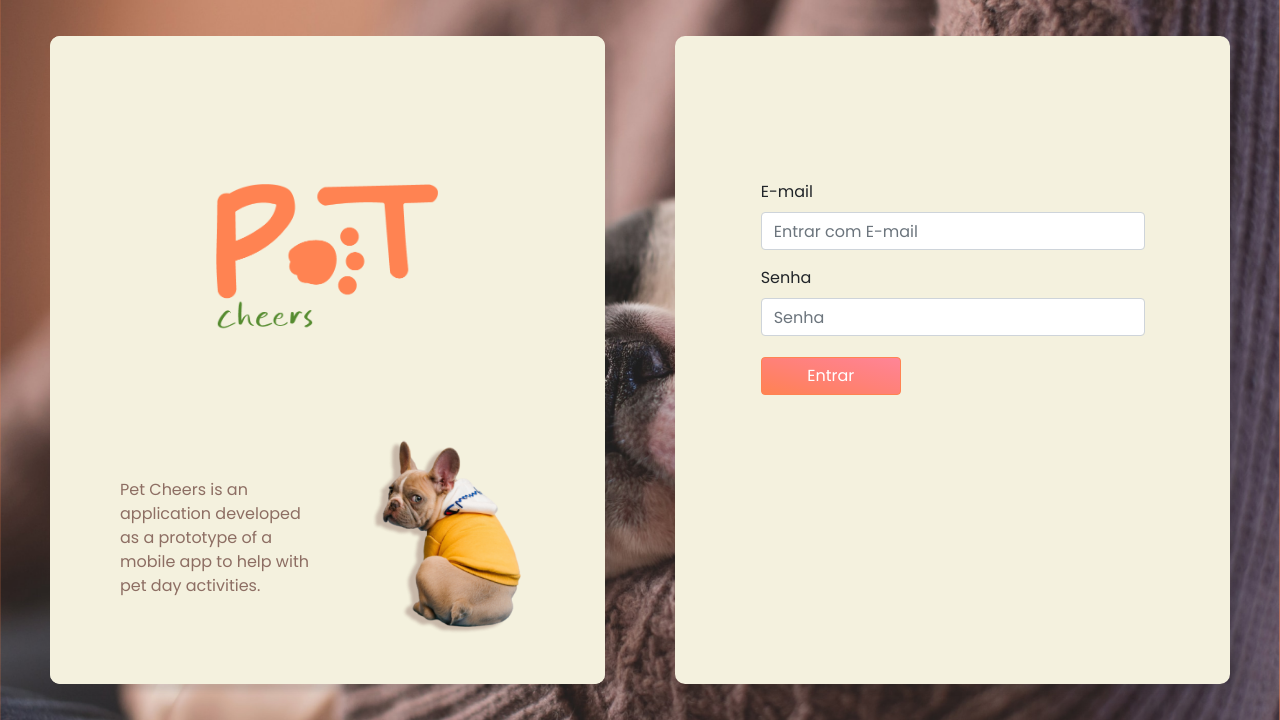
Repository: MilenaMelo/WebSite-PetCheers
Page: /
An editor plug-in stored every save of this project. The page is shown before and after the next save, followed by the edit.
The browser window is 1280 px wide. The pictures show the whole page.
The project was rebuilt for these pictures with package versions that can differ from the ones it lists, and the page was loaded fresh each time. Also part of the build but not shown: src/components/layout/LayoutLogout.vue, src/components/layout/LayoutDatas.vue, src/components/layout/LayoutNewData.vue. Imported but missing from the stored project, and not drawn on this page: src/pages/data/Data.vue.

Above is the page before, as saved 2020-09-08 15:38:21.
Console error: TypeError: Cannot read properties of null (reading 'style')

After the next save:
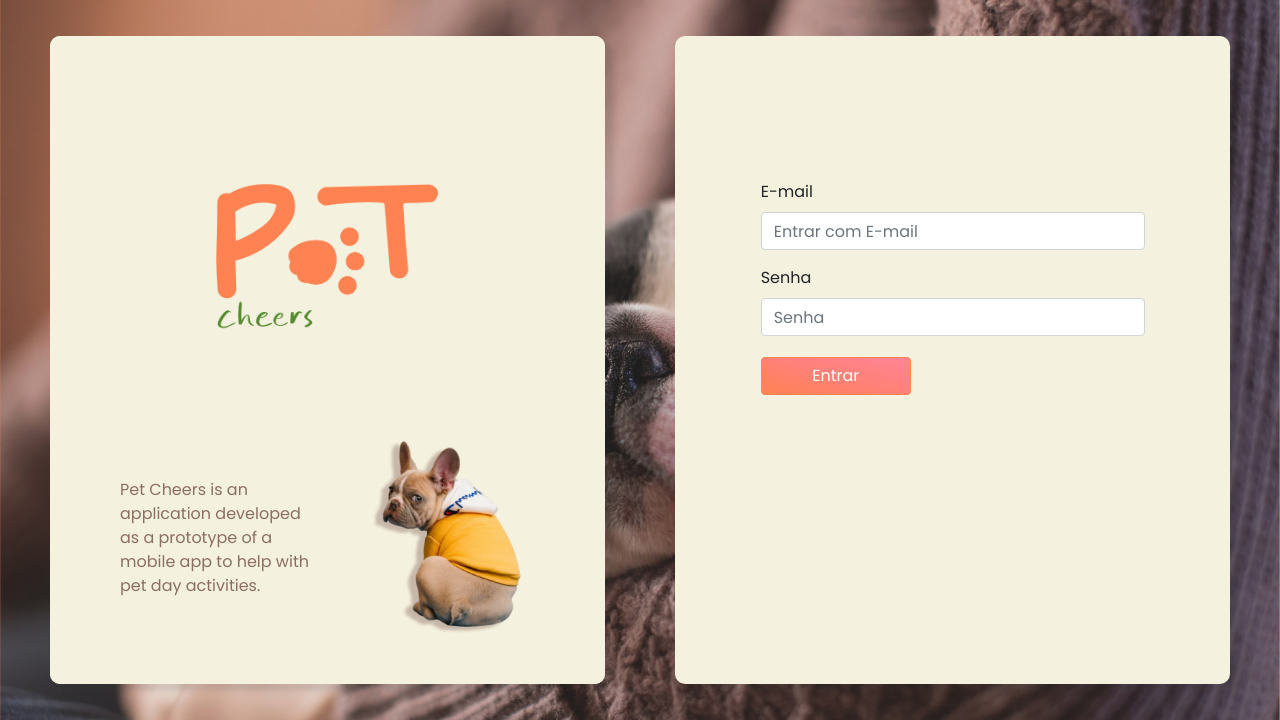
Saved 7 s later.
--- a/src/assets/scss/app.scss
+++ b/src/assets/scss/app.scss
@@ -8,7 +8,7 @@
 }
 
 .btn-primary {
-  width: 140px;
+  width: 150px;
   margin-top: 5px;
   background-image: linear-gradient(to right top, #ff8352, #ff8165, #ff8177, #ff8287, #ff8597);
   border-color: $orange;
